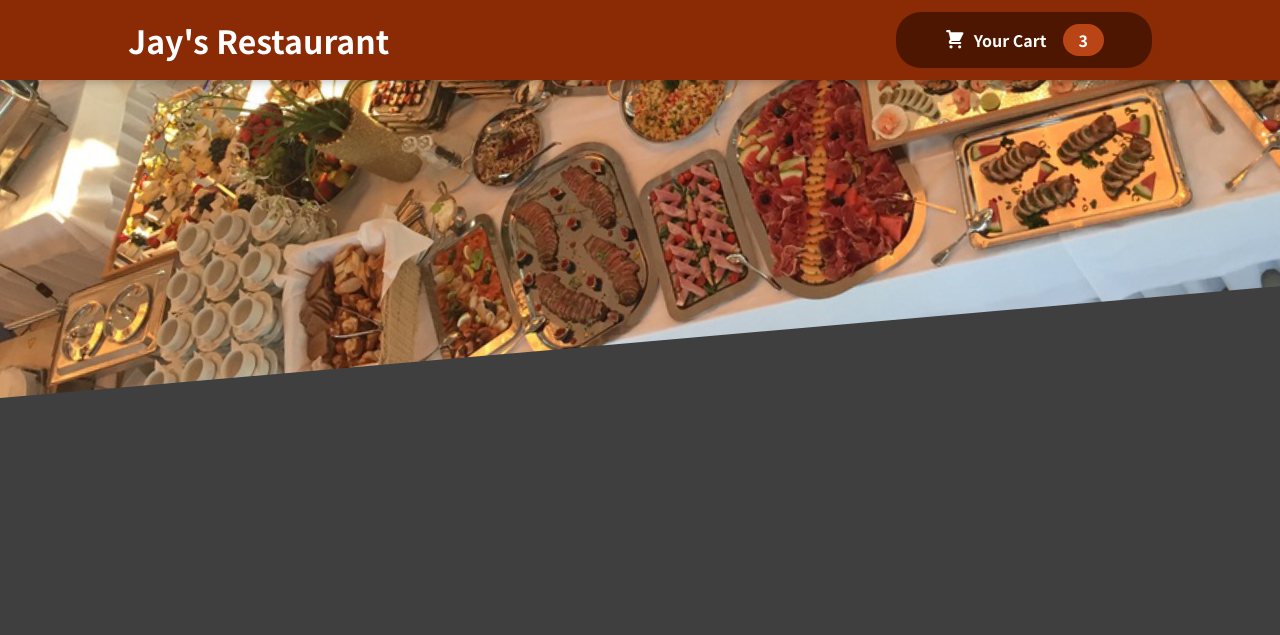
Repository: jykang96/food_app
Page: /
An editor plug-in stored every save of this project. The page is shown before and after the next save, followed by the edit.
The browser window is 1280 px wide. The pictures show the whole page.
The project was rebuilt for these pictures with package versions that can differ from the ones it lists, and the page was loaded fresh each time.

Above is the page before, as saved 2021-07-20 20:27:34.

### src/App.js
import React, { Fragment } from 'react';
import Header from './components/Layout/Header'
function App() {
  return (
    <Fragment>
      <Header />
      <main>

      </main>
    </Fragment>
  );
}

export default App;

### src/components/Layout/Header.js
import React, {Fragment} from 'react'
import meal_image from '../../assets/meals.jpg'
import classes from './Header.module.css'
import HeaderCartButton from './HeaderCartButton'

const Header = (props) => {
    return (
        <Fragment>
            <header className={classes.header}>
                <h1>Jay's Restaurant</h1>
                <HeaderCartButton />
            </header>
            <div className={classes['main-image']}>
                <img src={meal_image} alt="meal_image"/>
            </div>
        </Fragment>
    )
}

export default Header;

### src/components/Layout/HeaderCartButton.js
import React from 'react'
import CartIcon from '../Cart/CartIcon'
import classes from './HeaderCartButton.module.css'

const HeaderCartButton = () => {
    return (
        <button className={classes.button}>
            <span className={classes.icon}>
                <CartIcon/>
            </span>
            <span>Your Cart</span>
            <span className={classes.badge}>
                3
            </span>
        </button>
    )
}

export default HeaderCartButton

### src/components/Layout/HeaderCartButton.module.css
.button {
    cursor: pointer;
    font: inherit;
    border: none;
    background-color: #4d1601;
    color: white;
    padding: 0.75rem 3rem;
    display: flex;
    justify-content: space-around;
    align-items: center;
    border-radius: 25px;
    font-weight: bold;
  }

  .button:hover,
  .button:active {
    background-color: #2c0d00;
  }

  .icon {
    width: 1.35rem;
    height: 1.35rem;
    margin-right: 0.5rem;
  }

  .badge {
    background-color: #b94517;
    padding: 0.25rem 1rem;
    border-radius: 25px;
    margin-left: 1rem;
    font-weight: bold;
  }

  .button:hover .badge,
  .button:active .badge {
    background-color: #92320c;
  }

  .bump {
    animation: bump 300ms ease-out;
  }

  @keyframes bump {
    0% {
      transform: scale(1);
    }
    10% {
      transform: scale(0.9);
    }
    30% {
      transform: scale(1.1);
    }
    50% {
      transform: scale(1.15);
    }
    100% {
      transform: scale(1);
    }
  }

### src/components/Meals/Meals.js
import React, {Fragment} from 'react'
import MealsSummary from './MealsSummary'
import AvailableMeals from './AvailableMeals'

const Meals = () => {
    return (
        <Fragment>
            <MealsSummary/>
            <AvailableMeals/>
        </Fragment>
    )
}

export default Meals

### src/components/Meals/MealsSummary.js
  import classes from './MealsSummary.module.css';

const MealsSummary = () => {
  return (
    <section className={classes.summary}>
      <h2>Delicious Food, Delivered To You</h2>
      <p>
        Choose your favorite meal from our broad selection of available meals
        and enjoy a delicious lunch or dinner at home.
      </p>
      <p>
        All our meals are cooked with high-quality ingredients, just-in-time and
        of course by experienced chefs!
      </p>
    </section>
  );
};

export default MealsSummary;

### src/components/Meals/AvailableMeals.js
import React from 'react'
import classes from './AvailableMeals.module.css'
  const DUMMY_MEALS = [
    {
      id: 'm1',
      name: 'Sushi',
      description: 'Finest fish and veggies',
      price: 22.99,
    },
    {
      id: 'm2',
      name: 'Schnitzel',
      description: 'A german specialty!',
      price: 16.5,
    },
    {
      id: 'm3',
      name: 'Barbecue Burger',
      description: 'American, raw, meaty',
      price: 12.99,
    },
    {
      id: 'm4',
      name: 'Green Bowl',
      description: 'Healthy...and green...',
      price: 18.99,
    },
  ];

const AvailableMeals = () => {
    const mealsList = DUMMY_MEALS.map(meal => <li>{meal.name}</li>);
    return (
        <section className={classes.meals}>
            <ul>
                {mealsList}
            </ul>
        </section>
    )
}

export default AvailableMeals

Loaded but not shown: public/index.html (common file); src/index.js (common file); src/index.css (common file); src/components/Layout/Header.module.css (common file); src/components/Cart/CartIcon.js (common file); src/components/Meals/MealsSummary.module.css (common file); src/components/Meals/AvailableMeals.module.css (common file)

After the next save:
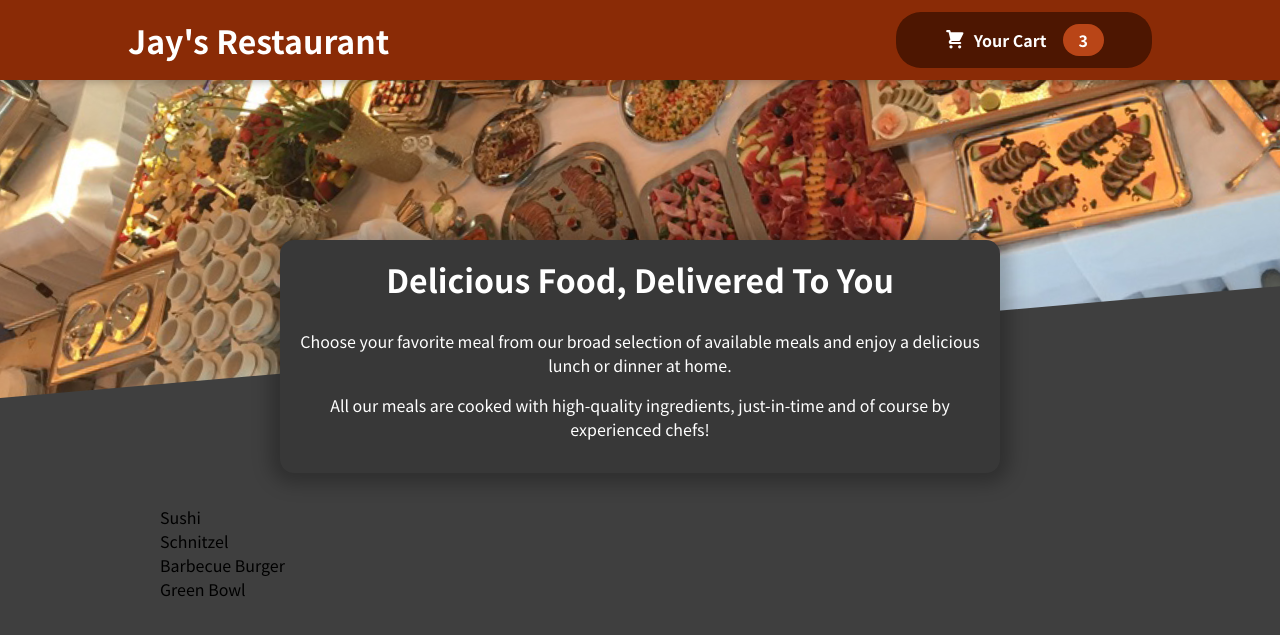
Saved 26 s later.
--- a/src/App.js
+++ b/src/App.js
@@ -1,11 +1,12 @@
 import React, { Fragment } from 'react';
 import Header from './components/Layout/Header'
+import Meals from './components/Meals/Meals'
 function App() {
   return (
     <Fragment>
       <Header />
       <main>
-
+          <Meals/>
       </main>
     </Fragment>
   );
